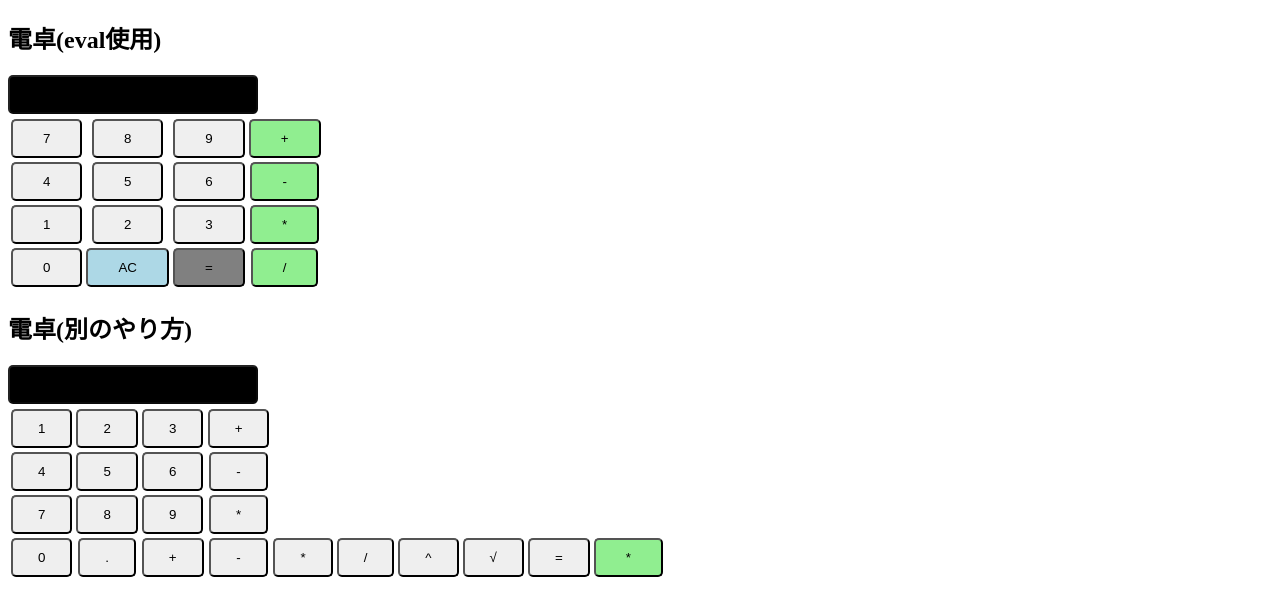
Repository: syokaturyou/potepan
Page: dentaku.html
The author's editor kept a record of every edit. The page is drawn from the files as they stood at one moment, then again after the next edit.
The browser window is 1280 px wide. The pictures show the whole page.

Above is the page before.

### dentaku.html
   <!DOCTYPE html>
    <html lang="en">
      <head>
        <meta charset="utf-8">
        <link rel="stylesheet" href="css/main.css">
        <title>電卓</title>
        <script src="javascript/jquery.min.js"></script>
        <script type="text/javascript" src="javascript/main.js" charset="utf-8"></script>
      </head>

      <body>
        <form name="dentaku">
        <h2>電卓(eval使用)</h2>
          <table>
          <tr>
            <input type="button" class="display" name="display" value="" disabled>
          </tr>
          <tr>
            <th><input type="button" value="7" onclick="get_calc(this)"></th>
            <th><input type="button" value="8" onclick="get_calc(this)"></th>
            <th><input type="button" value="9" onclick="get_calc(this)"></th>
            <th><input type="button" class="operator" value="+" onclick="get_calc(this)"></th>
          </tr>
          <tr>
            <th><input type="button" value="4" onclick="get_calc(this)"></th>
            <th><input type="button" value="5" onclick="get_calc(this)"></th>
            <th><input type="button" value="6" onclick="get_calc(this)"></input></th>
            <th><input type="button" class="operator" value="-" onclick="get_calc(this)"></th>
          </tr>
          <tr>
            <th><input type="button" value="1" onclick="get_calc(this)"></th>
            <th><input type="button" value="2" onclick="get_calc(this)"></th>
            <th><input type="button" value="3" onclick="get_calc(this)"></th>
            <th><input type="button" class="operator" value="*" name="multi_btn" onclick="get_calc(this)"></th>
          </tr>
          <tr>
            <th><input type="button" value="0" onclick="get_calc(this)"></th>
            <th><input type="button" class="ac" value="AC" onclick="get_calc(this)"></th>
            <th><input type="button" class="equal" value="=" onclick="get_calc(this)"></th>
            <th><input type="button" class="operator" value="/" name="div_btn" onclick="get_calc(this)"></th>
          </tr>
        </table>
        </form>


        <h2>電卓(別のやり方)</h2>
        <table>
          <tr>
            <input type="button" class="display" name="display" value="" disabled>
          </tr>
          <!--<tr>-->
          <!--  <th><button onclick="document.querySelector( 'input' ).value += '1' " >1</button></th>-->
          <!--  <th><button onclick="document.querySelector( 'input' ).value += '2' " >2</button></th>-->
          <!--  <th><button onclick="document.querySelector( 'input' ).value += '3' " >3</button></th>-->
          <!--  <th><button onclick="document.querySelector( 'input' ).value = '' " >CLR</button></th>-->
          <tr>
            <th><button onclick="append( '1' )" >1</button></th>
            <th><button onclick="append( '2' )" >2</button></th>
            <th><button onclick="append( '3' )" >3</button></th>
            <th><button onclick="append( '+' )" >+</button></th>
          </tr>
          <tr>
            <th><button onclick="append( '4' )" >4</button></th>
            <th><button onclick="append( '5' )" >5</button></th>
            <th><button onclick="append( '6' )" >6</button></th>
            <th><button onclick="append( '-' )" >-</button></th>
          </tr>
          <tr>
            <th><button onclick="append( '7' )" >7</button></th>
            <th><button onclick="append( '8' )" >8</button></th>
            <th><button onclick="append( '9' )" >9</button></th>
            <th><button onclick="append( '*' )" >*</button></th>
          </tr>
            <th><button onclick="append( '0' )" >0</button></th>
            <th><button onclick="append( '.' )" >.</button></th>
            <th><button onclick="append( '+' )" >+</button></th>
            <th><button onclick="append( '-' )" >-</button></th>
            <th><button onclick="append( '*' )" >*</button></th>
            <th><button onclick="append( '/' )" >/</button></th>
            <th><button onclick="append( '**' )" >^</button></th>
            <th><button onclick="append( '**0.5' )" >√</button></th>

    <th><button onclick="calc()" >=</button></th>

            <th><input type="button" class="operator" value="*" name="multi_btn"></th>
          </tr>

        </table>

      </body>
    </html>

### css/main.css
table{
  background-color: white;
}
/*h4{*/
/*  width: 300px;*/
/*  color: white;*/
/*  background-color: black;*/
/*}*/
 input {
  padding: 10px 30px;
  border-radius: 5px;
}
 button{
  padding: 10px 25px;
  border-radius: 5px;
 }

 .display {
  width: 250px;
  text-align: right; /* 文字を右詰めに */
  background: black;
  color: white;
}

 .operator{
  background-color: lightgreen;
}
 .equal{
  background-color: gray;
}
 .ac{
  background-color: lightblue;
}

### javascript/main.js

     function get_calc(btn) {
      if(btn.value == "=") {
        document.dentaku.display.value = eval(document.dentaku.display.value);
      } else if (btn.value == "AC") {
        document.dentaku.display.value = "";
      } else {
        document.dentaku.display.value += btn.value;
      }
    };

    //   function get_calc(btn) {
    //   if(btn.value == "=") {
    //     document.dentaku.display.value = eval(document.dentaku.display.value);
    //   } else if (btn.value == "AC") {
    //     document.dentaku.display.value = "";
    //   } else {
    //     if (btn.value == "×") {
    //       btn.value = "*";
    //     } else if (btn.value == "÷") {
    //       btn.value = "/";
    //     }
    //     document.dentaku.display.value += btn.value;
    //     document.dentaku.multi_btn.value = "×";
    //     document.dentaku.div_btn.value = "÷";
    //   }
    // };



     // $(document).ready(function(){
  //     $(".button0").click(function() {
  //     let value = $(".button0").text(); //テキストを取得し変数に入れています
  //     $(".target").text(value); //テキストを変更する処理
  //     });

  //     $(".button1").click(function() {
  //     let value1 = 1;
  //     let value = value + value1
  //     $(".target").text(value);
  //     });

  //     $(".button2").click(function() {
  //     let value2 = 2;
  //     let value = value + value2
  //      $(".target").text(value);
  //     });

  //     $(".button3").click(function() {
  //     let value = 3;
  //      $(".target").text(value);
  //     });

  //     $(".button4").click(function() {
  //     let value = 4;
  //      $(".target").text(value);
  //     });

  //     $(".button5").click(function() {
  //     let value = $(".button5").number();
  //      $(".target").number(value);
  //     });

  //     $(".button6").click(function() {
  //     let value = $(".button6").text();
  //      $(".target").text(value);
  //     });

  //     $(".button7").click(function() {
  //     let value = $(".button7").text();
  //      $(".target").text(value);
  //     });

  //     $(".button8").click(function() {
  //     let value = $(".button8").text();
  //      $(".target").text(value);
  //     });

  //     $(".button9").click(function() {
  //     let value = $(".button9").text();
  //      $(".target").text(value);
  //     });

  //     $(".buttonreset").click(function() {
  //      $(".target").text(0);
  //     });

  // });

  function update( _v ) // input tag を更新する関数
    {
        document.querySelector( 'input' ).value = _v
    }
    function append( _v ) // 数字ボタンが押されたので数字を後ろに追加する
    {
        document.querySelector( 'input' ).value += _v
    }
    function calc() // 「＝」ボタンが押されたので計算する
    {
        const v = document.querySelector( 'input' ).value
        try {
            const f = new Function( 'return ' + v )
            update( f().toString() )
        } catch( _error ) {
            update( _error ) // 計算に失敗した場合は、そのエラーの内容を表示する
        }
    }

Loaded but not shown: javascript/jquery.min.js (library)

After the next edit:
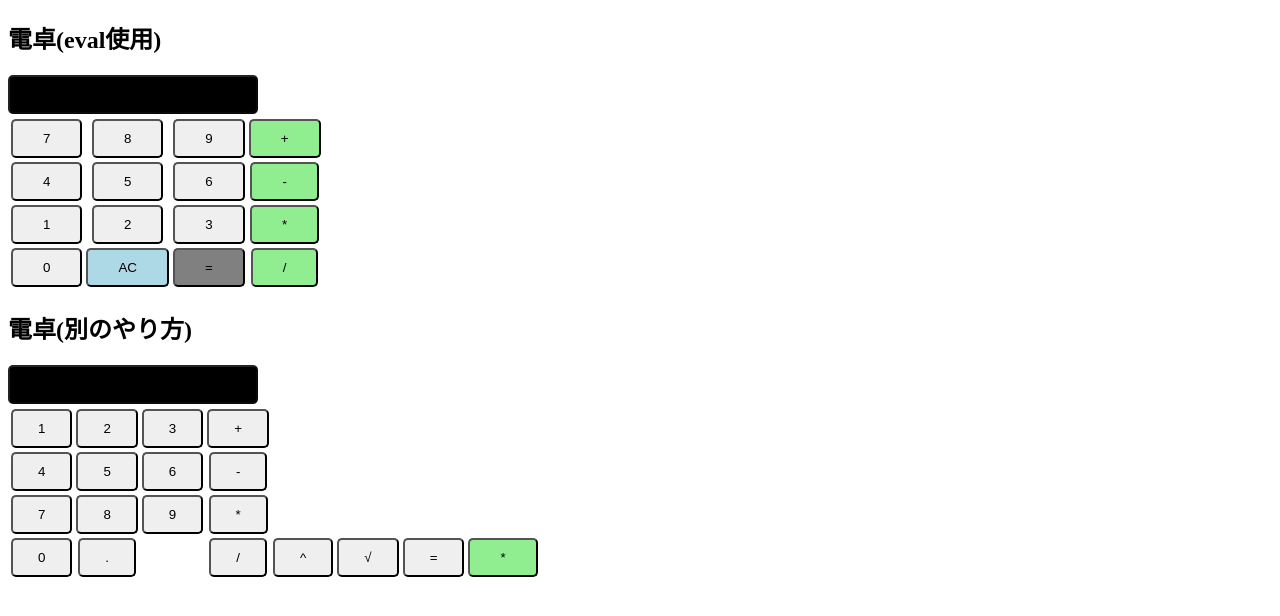
The edit:
--- a/dentaku.html
+++ b/dentaku.html
@@ -73,10 +73,9 @@
           </tr>
             <th><button onclick="append( '0' )" >0</button></th>
             <th><button onclick="append( '.' )" >.</button></th>
-            <th><button onclick="append( '+' )" >+</button></th>
-            <th><button onclick="append( '-' )" >-</button></th>
-            <th><button onclick="append( '*' )" >*</button></th>
+            <th></th>
             <th><button onclick="append( '/' )" >/</button></th>
+
             <th><button onclick="append( '**' )" >^</button></th>
             <th><button onclick="append( '**0.5' )" >√</button></th>
 
